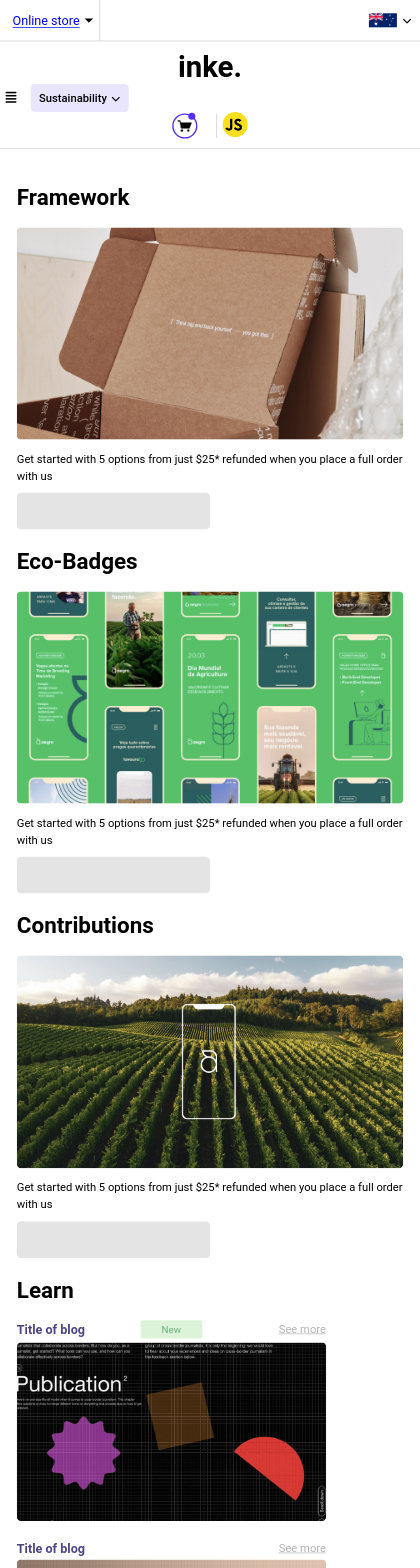
Repository: NguyenMinhKhanhB1909929/Practice_HTML-01
Page: index.html
The author's editor kept a copy of each file at every save. The page is drawn from the files as they stood at one save, then again after the next save.
The browser window is 600 px wide. The pictures show the part of the page from y = 0 to 2240 px (the page is 2840 px tall before and 2845 px after), at 70% of full size.
Some web libraries are served in a nearby version.

Above is the page before, as saved 2022-04-07 21:45:00.

After the next save:
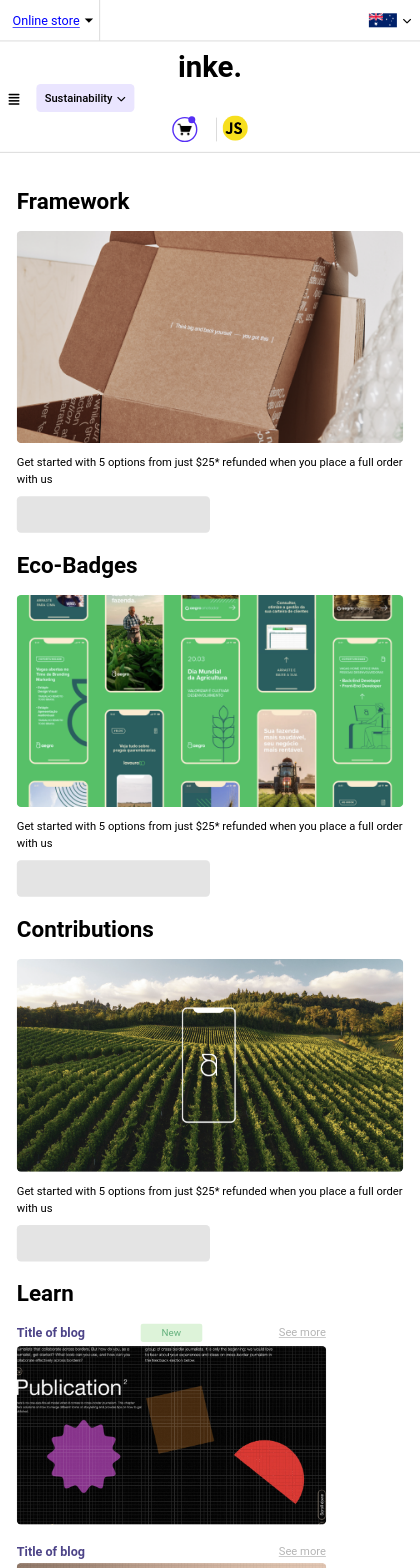
Saved 9 s later.
--- a/asset/style/style.css
+++ b/asset/style/style.css
@@ -402,7 +402,7 @@ a {
   }
   .nav__category-opt-more {
     display: block;
-    padding: 8px;
+    padding: 12px;
   }
   .nav__category-opt:nth-child(2),
   .nav__category-opt:nth-child(3) {
